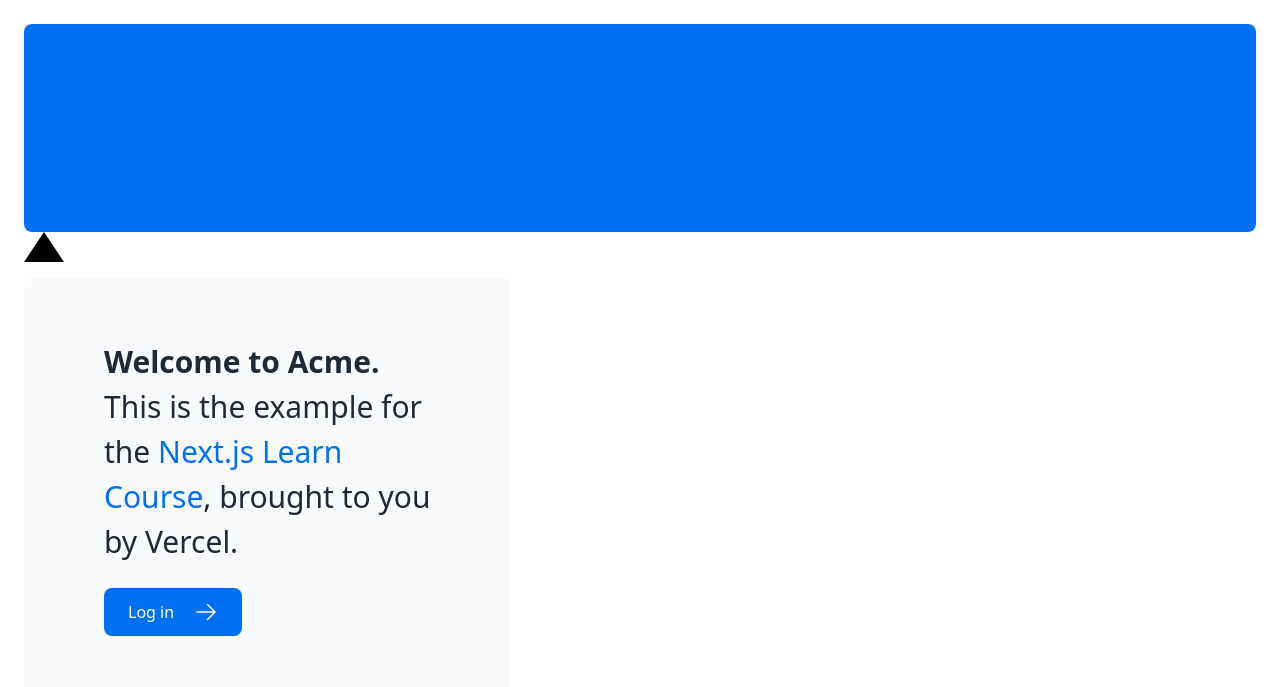
Repository: ShifanaFacts/NextjsTest1
Page: /
The author's editor kept a copy of each file at every save. The page is drawn from the files as they stood at one save, then again after the next save.
The browser window is 1280 px wide. The pictures show the whole page.
The project was rebuilt for these pictures with package versions that can differ from the ones it lists, and the page was loaded fresh each time. The framework's server and built-in components were replaced by stand-ins that run in the browser. Also part of the build but not shown: next.config.js.

Above is the page before, as saved 2023-11-07 15:54:10.

After the next save:
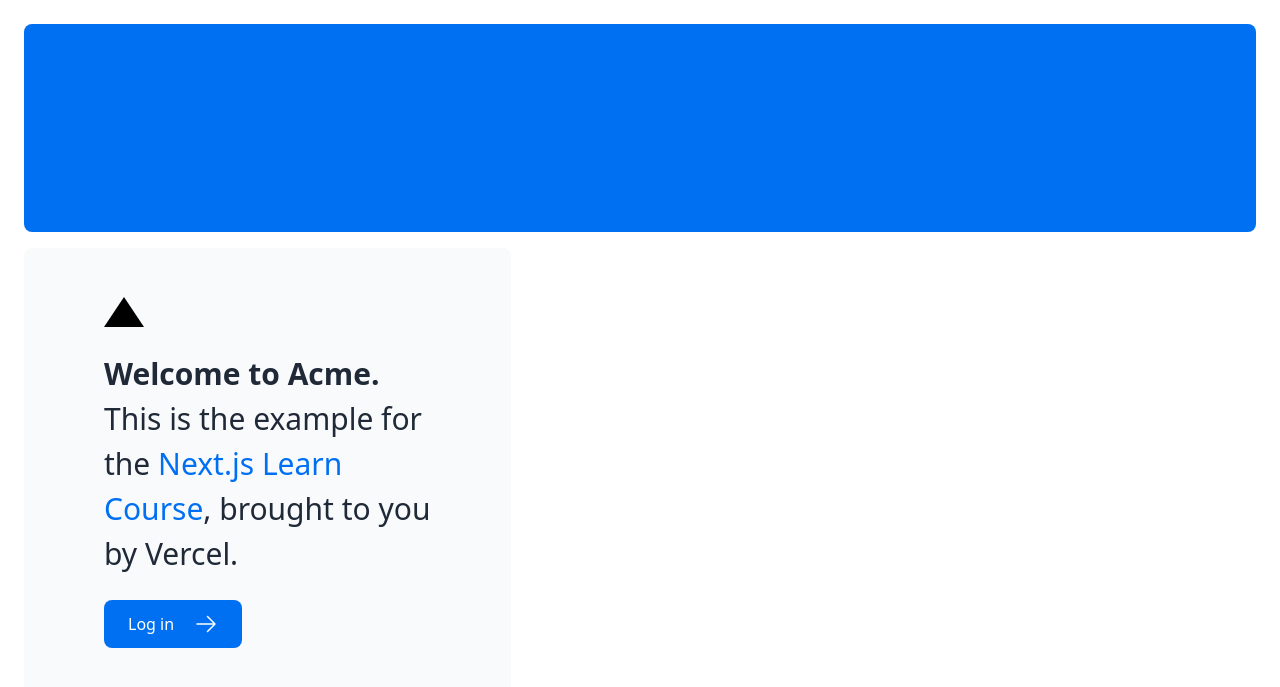
Saved 14 s later.
--- a/app/page.tsx
+++ b/app/page.tsx
@@ -7,12 +7,12 @@
     <main className="flex min-h-screen flex-col p-6">
       <div className="flex h-20 shrink-0 items-end rounded-lg bg-blue-500 p-4 md:h-52">
         {/* <AcmeLogo /> */}
-      </div><div
+      </div>
+      <div className="mt-4 flex grow flex-col gap-4 md:flex-row">
+        <div className="flex flex-col justify-center gap-6 rounded-lg bg-gray-50 px-6 py-10 md:w-2/5 md:px-20">
+        <div
   className="h-0 w-0 border-b-[30px] border-l-[20px] border-r-[20px] border-b-black border-l-transparent border-r-transparent"
 />
-      <div className="mt-4 flex grow flex-col gap-4 md:flex-row">
-        <div className="flex flex-col justify-center gap-6 rounded-lg bg-gray-50 px-6 py-10 md:w-2/5 md:px-20">
-
           <p className={`text-xl text-gray-800 md:text-3xl md:leading-normal`}>
 
             <strong>Welcome to Acme.</strong> This is the example for the{' '}
